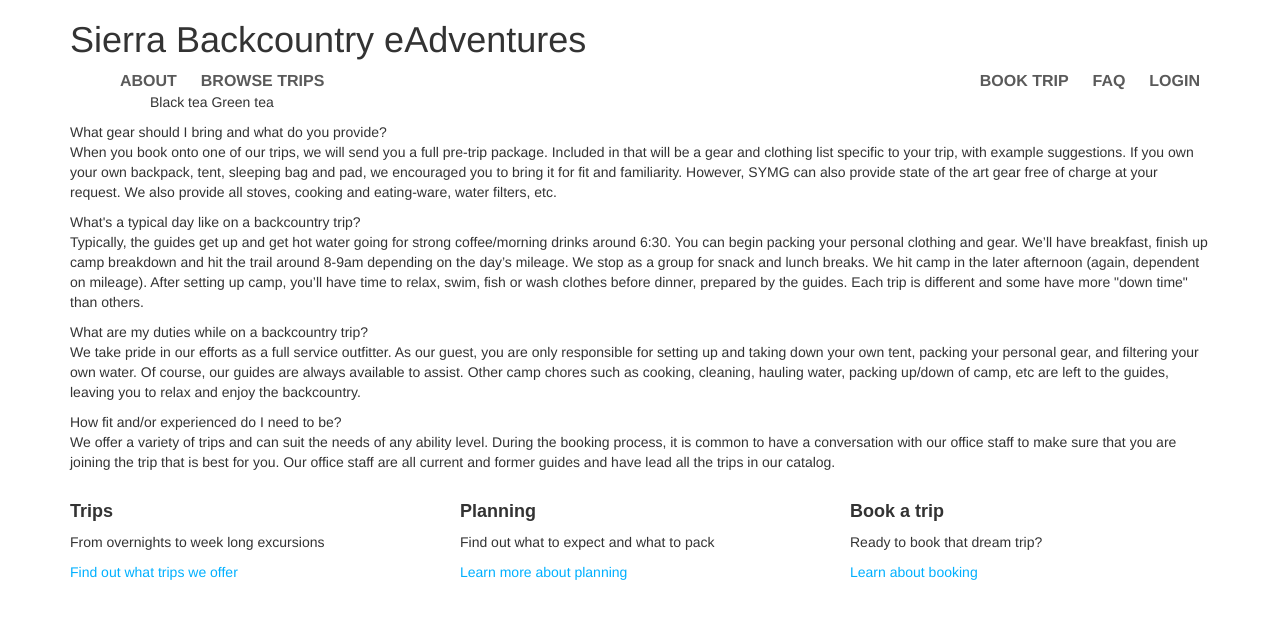
Repository: nageek17/eadventures
Page: http://localhost/faq.php
The author's editor kept a record of every edit. The page is drawn from the files as they stood at one moment, then again after the next edit.
The browser window is 1280 px wide. The pictures show the whole page.
Some web libraries are served in a nearby version. The page is run by PHP 8.4 with error messages shown; the project is at /var/www/html/.

Above is the page before.
Console error (its wording comes from the project's code and is left out).

### faq.php
<?php
    include ('header.php');
?>
<div class='container'>
    <div class='faq'>
<p>What gear should I bring and what do you provide?</br>
When you book onto one of our trips, we will send you a full pre-trip package. Included in that will be a gear and clothing list specific to your trip, with example suggestions. If you own your own backpack, tent, sleeping bag and pad, we encouraged you to bring it for fit and familiarity. However, SYMG can also provide state of the art gear free of charge at your request. We also provide all stoves, cooking and eating-ware, water filters, etc.
</p>
<p>What's a typical day like on a backcountry trip?</br>
Typically, the guides get up and get hot water going for strong coffee/morning drinks around 6:30. You can begin packing your personal clothing and gear. We’ll have breakfast, finish up camp breakdown and hit the trail around 8-9am depending on the day’s mileage. We stop as a group for snack and lunch breaks. We hit camp in the later afternoon (again, dependent on mileage). After setting up camp, you’ll have time to relax, swim, fish or wash clothes before dinner, prepared by the guides. Each trip is different and some have more "down time" than others.
</p>
<p>What are my duties while on a backcountry trip?</br>
We take pride in our efforts as a full service outfitter. As our guest, you are only responsible for setting up and taking down your own tent, packing your personal gear, and filtering your own water. Of course, our guides are always available to assist. Other camp chores such as cooking, cleaning, hauling water, packing up/down of camp, etc are left to the guides, leaving you to relax and enjoy the backcountry.
</p>
<p>How fit and/or experienced do I need to be?</br>
We offer a variety of trips and can suit the needs of any ability level. During the booking process, it is common to have a conversation with our office staff to make sure that you are joining the trip that is best for you. Our office staff are all current and former guides and have lead all the trips in our catalog.
</p>

    </div>
</div>

<?php
    include ('footer.php');
?>

### header.php
<?php
  session_start();
  include ('dbconfig.php');

  //$con=mysqli_connect("kdoung17-eadventures-885147","kdoung17","","eadventures");
  if (mysqli_connect_errno()) {
  echo "Failed to connect to MySQL: " . mysqli_connect_error();
  }
?>

<!DOCTYPE html>
<html>
  <head>

    <link rel="stylesheet" href="//netdna.bootstrapcdn.com/bootstrap/3.1.1/css/bootstrap.min.css">
    <link rel="stylesheet" href="//netdna.bootstrapcdn.com/bootstrap/3.1.1/css/bootstrap-theme.min.css">

    <link rel="stylesheet" href="css/main.css">

    <title>eAdventures</title>

  </head>

<body>
    <div class="nav">
      <div class="container">
        <h1 class='heading'>Sierra Backcountry eAdventures</h1>
        <ul class="pull-left" class="active">
          <li><a href="index.php">about</a></li>
          <li><a href="products.php">Browse Trips</a>
          <ul>
            <li>Black tea</li>
            <li>Green tea</li>
          </ul>

          </li>
        </ul>
        <ul class="pull-right">
          <li><a href="booking.php">Book trip</a></li>
          <li><a href="faq.php">FAQ</a></li>

          <?php
          if(isset($_SESSION['email']))
          {
                echo '<li><a href="account.php">Account</a></li>';
                echo '<li><a href="logout.php">Logout</a></li>';
          }
          else
          {
            echo '<li><a href="login.php">Login</a></li>';
          }
          ?>
        </ul>
      </div>
    </div>

### dbconfig.php
<?php

$con=mysqli_connect("kdoung17-eadventures-885147","kdoung17","","eadventures");

?>

### footer.php


<div class="learn-more">
	  <div class="container">
		<div class='row'>
	      <div class='col-md-4'>
			<h3>Trips</h3>
			<p>From overnights to week long excursions</p>
			<p><a href="products.php">Find out what trips we offer</a></p>
	      </div>
		  <div class='col-md-4'>
			<h3>Planning</h3>
			<p>Find out what to expect and what to pack</p>
			<p><a href="faq.php">Learn more about planning</a></p>
		  </div>
		  <div class='col-md-4'>
			<h3>Book a trip</h3>
			<p>Ready to book that dream trip?</p>
			<p><a href="booking.php">Learn about booking</a></p>
		  </div>
	    </div>
	  </div>
	</div>
</div>


<script type="text/javascript" src="jcart/js/jquery-1.4.4.min.js"></script>
<script type="text/javascript" src="jcart/js/jcart.min.js"></script>
<script src="https://maxcdn.bootstrapcdn.com/bootstrap/3.2.0/js/bootstrap.min.js"></script>

</body>
</html>

### jcart/config-loader.php
<?php

// jCart v1.3
// http://conceptlogic.com/jcart/

// By default, this file returns the $config array for use with PHP scripts
// If requested via Ajax, the array is encoded as JSON and echoed out to the browser

// Don't edit here, edit config.php
include_once('config.php');

// Use default values for any settings that have been left empty
if (!$config['currencyCode']) $config['currencyCode']                     = 'USD';
if (!$config['text']['cartTitle']) $config['text']['cartTitle']           = 'Shopping Cart';
if (!$config['text']['singleItem']) $config['text']['singleItem']         = 'Item';
if (!$config['text']['multipleItems']) $config['text']['multipleItems']   = 'Items';
if (!$config['text']['subtotal']) $config['text']['subtotal']             = 'Subtotal';
if (!$config['text']['update']) $config['text']['update']                 = 'update';
if (!$config['text']['checkout']) $config['text']['checkout']             = 'checkout';
if (!$config['text']['checkoutPaypal']) $config['text']['checkoutPaypal'] = 'Checkout with PayPal';
if (!$config['text']['removeLink']) $config['text']['removeLink']         = 'remove';
if (!$config['text']['emptyButton']) $config['text']['emptyButton']       = 'empty';
if (!$config['text']['emptyMessage']) $config['text']['emptyMessage']     = 'Your cart is empty!';
if (!$config['text']['itemAdded']) $config['text']['itemAdded']           = 'Item added!';
if (!$config['text']['priceError']) $config['text']['priceError']         = 'Invalid price format!';
if (!$config['text']['quantityError']) $config['text']['quantityError']   = 'Item quantities must be whole numbers!';
if (!$config['text']['checkoutError']) $config['text']['checkoutError']   = 'Your order could not be processed!';

if ($_GET['ajax'] == 'true') {
	header('Content-type: application/json; charset=utf-8');
	echo json_encode($config);
}
?>

### jcart/config.php
<?php

// jCart v1.3
// http://conceptlogic.com/jcart/

// Do NOT store any sensitive info in this file!!!
// It's loaded into the browser as plain text via Ajax


////////////////////////////////////////////////////////////////////////////////
// REQUIRED SETTINGS

// Path to your jcart files
$config['jcartPath']              = 'jcart/';

// Path to your checkout page
$config['checkoutPath']           = 'checkout.php';

// The HTML name attributes used in your item forms
$config['item']['id']             = 'my-item-id';    // Item id
$config['item']['name']           = 'my-item-name';    // Item name
$config['item']['price']          = 'my-item-price';    // Item price
$config['item']['qty']            = 'my-item-qty';    // Item quantity
$config['item']['url']            = 'my-item-url';    // Item URL (optional)
$config['item']['add']            = 'my-add-button';    // Add to cart button

// Your PayPal secure merchant ID
// Found here: https://www.paypal.com/webapps/customerprofile/summary.view
$config['paypal']['id']           = 'seller_1282188508_biz@conceptlogic.com';

////////////////////////////////////////////////////////////////////////////////
// OPTIONAL SETTINGS

// Three-letter currency code, defaults to USD if empty
// See available options here: http://j.mp/agNsTx
$config['currencyCode']           = '';

// Add a unique token to form posts to prevent CSRF exploits
// Learn more: http://conceptlogic.com/jcart/security.php
$config['csrfToken']              = false;

// Override default cart text
$config['text']['cartTitle']      = '';    // Shopping Cart
$config['text']['singleItem']     = '';    // Item
$config['text']['multipleItems']  = '';    // Items
$config['text']['subtotal']       = '';    // Subtotal
$config['text']['update']         = '';    // update
$config['text']['checkout']       = '';    // checkout
$config['text']['checkoutPaypal'] = '';    // Checkout with PayPal
$config['text']['removeLink']     = '';    // remove
$config['text']['emptyButton']    = '';    // empty
$config['text']['emptyMessage']   = '';    // Your cart is empty!
$config['text']['itemAdded']      = '';    // Item added!
$config['text']['priceError']     = '';    // Invalid price format!
$config['text']['quantityError']  = '';    // Item quantities must be whole numbers!
$config['text']['checkoutError']  = '';    // Your order could not be processed!

// Override the default buttons by entering paths to your button images
$config['button']['checkout']     = '';
$config['button']['paypal']       = '';
$config['button']['update']       = '';
$config['button']['empty']        = '';


////////////////////////////////////////////////////////////////////////////////
// ADVANCED SETTINGS

// Display tooltip after the visitor adds an item to their cart?
$config['tooltip']                = true;

// Allow decimals in item quantities?
$config['decimalQtys']            = false;

// How many decimal places are allowed?
$config['decimalPlaces']          = 1;

// Number format for prices, see: http://php.net/manual/en/function.number-format.php
$config['priceFormat']            = array('decimals' => 2, 'dec_point' => '.', 'thousands_sep' => ',');

// Send visitor to PayPal via HTTPS?
$config['paypal']['https']        = true;

// Use PayPal sandbox?
$config['paypal']['sandbox']      = false;

// The URL a visitor is returned to after completing their PayPal transaction
$config['paypal']['returnUrl']    = '';

// The URL of your PayPal IPN script
$config['paypal']['notifyUrl']    = '';

?>

### css/main.css
.home .heading {
  font-family: 'Shift', sans-serif;
  font-weight: bold;
}

.featured-trips {
    background-color: #efefef;
    border-top: 1px solid #dbdbdb;
    border-bottom: 1px solid #dbdbdb;

}

.featured-trips h2{
    color: #393c3d;
    font-size: 24px;
}

.featured-trips p {
    font-size: 15px;
    margin-bottom: 13px;
}

.featured-trips .thumbnail{
  height: 500px;
}

.nav a {
  color: #5a5a5a;
  font-size: 16px;
  font-weight: bold;
  padding: 14px 10px;
  text-transform: uppercase;
}

.nav li {
  display: inline;
}

.home .jumbotron {
  background-image:url(../img/yosemitecover.jpg);
  height: 600px;
  margin-bottom:0px;
}

.home .jumbotron .container {
  position: relative;
  top:100px;
}

.home .jumbotron h1 {
  color: #fff;
  font-size: 48px;
  font-family: 'Shift', sans-serif;
  font-weight: bold;
}

.home .jumbotron p {
  font-size: 26px;
  color: #fff;
}

.home .learn-more {
  background-color: #f7f7f7;
}

.learn-more h3 {
  font-family: 'Shift', sans-serif;
  font-size: 18px;
  font-weight: bold;
}

.learn-more a {
  color: #00b0ff;
}

.trips .jumbotron {
  background-color: #f7f7f7;

}

/*  products css page */
.trips .jumbotron p{
  font-size: 15px;

}

.trips .container{
        border-top-style: solid;
        border-top-color: #778899;

}

.trips .thumbnail {
  margin-top: 20px;
}

### jcart/js/jcart.min.js
// jCart v1.3
// http://conceptlogic.com/jcart/
$(function(){var a=(function(){var k="jcart",b=$("#jcart"),e=$("[name=jcartToken]").val(),i=$("#jcart-tooltip");var d=(function(){var l=null;$.ajax({url:k+"/config-loader.php",data:{ajax:"true"},dataType:"json",async:false,success:function(m){l=m},error:function(){alert("Ajax error: Edit the path in jcart.js to fix.")}});return l}());var f=(function(){if(d.tooltip===true){i.text(d.text.itemAdded);$(".jcart [type=submit]").mouseenter(function(m){var l=m.pageY+25,n=m.pageX+-10;$("body").append(i);i.css({top:n+"px",left:l+"px"})}).mousemove(function(m){var n=m.pageY+25,l=m.pageX+-10;i.css({top:n+"px",left:l+"px"})}).mouseleave(function(){i.hide()})}$("#jcart-buttons").remove();$.ajaxSetup({type:"POST",url:k+"/relay.php",success:function(l){b.html(l);$("#jcart-buttons").remove()},error:function(n,p){var o=n.status,l="Ajax error: ";if(o===0){l+="Check your network connection."}if(o===404||o===500){l+=o}if(p==="parsererror"||p==="timeout"){l+=p}alert(l)}})}());var c=$("#jcart-is-checkout").val();function j(n){var m=n.find("[name="+d.item.qty+"]"),l=n.find("[name="+d.item.add+"]");$.ajax({data:n.serialize()+"&"+d.item.add+"="+l.val(),success:function(o){if(m.val()>0&&i.css("display")==="none"){i.fadeIn("100").delay("400").fadeOut("100")}b.html(o);$("#jcart-buttons").remove()}})}function g(l){var o=l.parent().find('[name="jcartItemId[]"]').val();var n=l.val();if(n){var m=window.setTimeout(function(){$.ajax({data:{jcartUpdate:1,itemId:o,itemQty:n,jcartIsCheckout:c,jcartToken:e}})},1000)}l.keydown(function(p){if(p.which!==9){window.clearTimeout(m)}})}function h(m){var n=m.attr("href");n=n.split("=");var l=n[1];$.ajax({type:"GET",data:{jcartRemove:l,jcartIsCheckout:c}})}$(".jcart").submit(function(l){j($(this));l.preventDefault()});b.keydown(function(l){if(l.which===13){l.preventDefault()}});b.delegate('[name="jcartItemQty[]"]',"keyup",function(){g($(this))});b.delegate(".jcart-remove","click",function(l){h($(this));l.preventDefault()})}())});

Loaded but not shown: jcart/js/jquery-1.4.4.min.js (library)

After the next edit:
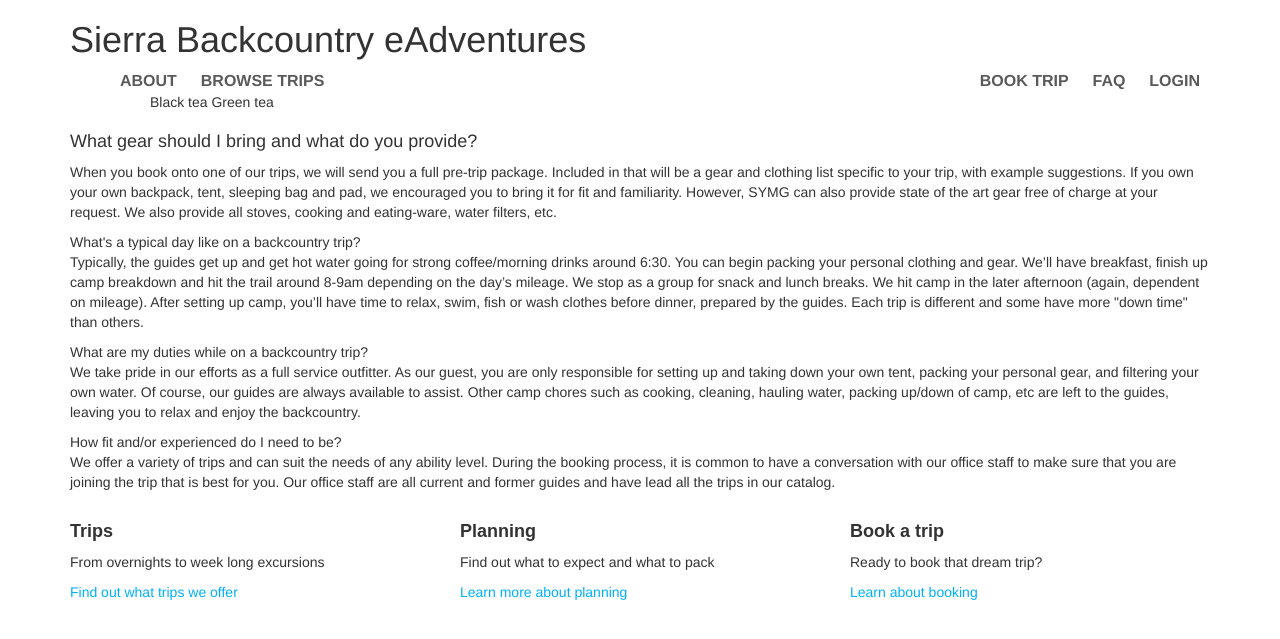
The edit:
--- a/faq.php
+++ b/faq.php
@@ -3,7 +3,9 @@
 ?>
 <div class='container'>
     <div class='faq'>
-<p>What gear should I bring and what do you provide?</br>
+
+<h4>What gear should I bring and what do you provide?</h4>
+<p>
 When you book onto one of our trips, we will send you a full pre-trip package. Included in that will be a gear and clothing list specific to your trip, with example suggestions. If you own your own backpack, tent, sleeping bag and pad, we encouraged you to bring it for fit and familiarity. However, SYMG can also provide state of the art gear free of charge at your request. We also provide all stoves, cooking and eating-ware, water filters, etc.
 </p>
 <p>What's a typical day like on a backcountry trip?</br>
